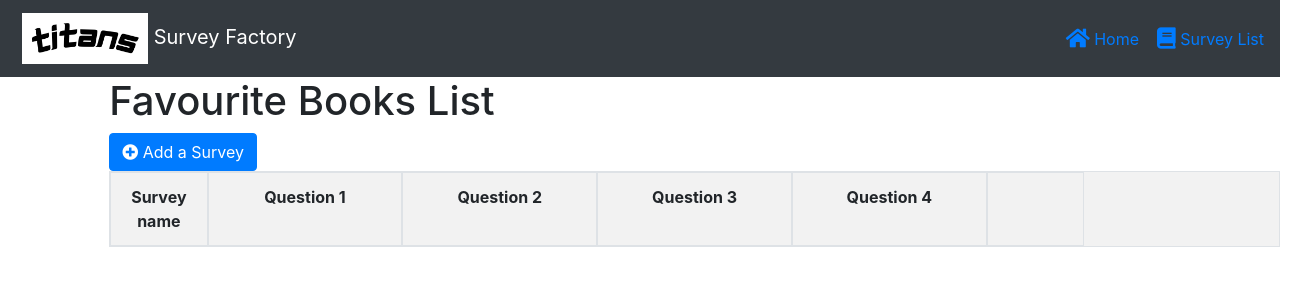
Repository: lord-NAVY/titans
Page: http://localhost/book-list
These files come from the project's save history. The page is drawn as it stood at one moment and after the next save; the edit follows.
The browser window is 1280 px wide. The page is 1295 px wide, then 1280 px, so the pictures cover 1295 px, including what lies to the right of the window. The pictures show the whole page.
The page is served by the project's Node server (server.js). Other server files are loaded and not shown. Queries for data that is not in the repository find no rows.

Above is the page before, as saved 2021-11-09 21:07:27.

### server/views/book/index.ejs
<%- include ../partials/header.ejs %>

<%- include ../partials/main_nav.ejs %>


  <!-- Main Content -->
  <main>
    <div class="row">
        <div class="offset-md-1 col-md-11">
            <h1>Favourite Books List</h1>

            <!-- FIX THE ADD BUTTON BELOW -->
            <a href="/book-list/add" class="btn btn-primary" role="button">
            <i class="fas fa-plus-circle"></i> Add a Survey</a>
            <br>
            <table class="table table-bordered table-striped table-hover">
                <!-- Header Row-->
                <tr class="d-flex">
                    <th class="text-center col-1">Survey name</th>
                    <th class="text-center col-2">Question 1</th>
                    <th class="text-center col-2">Question 2</th>
                    <th class="text-center col-2">Question 3</th>
                    <th class="text-center col-2">Question 4</th>
                    <th class="text-center col-1"></th>
                </tr>

                <!-- Repeatable Template Row -->

                <% for(let count = 0; count < BookList.length; count++) { %>
                    <tr class="d-flex">
                        <td class="text-center col-1"><%= BookList[count].Title%></td>
                        <td class="text-center col-2"><%= BookList[count].Description %></td>
                        <td class="text-center col-2"><%= BookList[count].Price%></td>
                        <td class="text-center col-2"><%= BookList[count].Author %></td>
                        <td class="text-center col-2"><%= BookList[count].Genre %></td>
                        <td class="text-center col-1">

                    <!-- ADD the EDIT BUTTON HERE -->


                            <a href="/book-list/edit/<%= BookList[count]._id %>" class="btn btn-primary btn-sm">
                            <i class="fas fa-pencil-alt"></i> Edit</a>
                        </td>
                        <td class="text-center col-1">

                         <!-- ADD the DELETE BUTTON HERE -->
                            <a href="/book-list/delete/<%= BookList[count]._id %>" class="btn btn-danger btn-sm">
                            <i class="fas fa-trash-alt"></i> Delete</a>
                        </td>
                    </tr>
                <% } %>
            </table>
        </div>
    </div>
  </main>

### server/views/partials/main_nav.ejs
<!-- Main Navigation -->
  <nav class="navbar navbar-expand-lg navbar-dark bg-dark">
      <a class="navbar-brand" href="/"><i class="fa fa-bookmark-o"></i> <img src="assets/images/logo.png" width="20%"> Survey Factory</a>
    <button class="navbar-toggler" type="button" data-toggle="collapse" data-target="#navbarSupportedContent" aria-controls="navbarSupportedContent" aria-expanded="false" aria-label="Toggle navigation">
      <span class="navbar-toggler-icon"></span>
    </button>

    <div class="collapse navbar-collapse" id="navbarSupportedContent">
      <ul class="navbar-nav ml-auto">

           <% if(title == "Home") { %>
          <li class="active"><a href="/"><i class="fa fa-home fa-lg"></i> Home   &nbsp; &nbsp; </a></li>
        <% } else { %>
          <li><a href="/"><i class="fa fa-home fa-lg"></i> Home &nbsp; &nbsp;   </a></li>
        <% } %>

          <% if(title == "books") { %>
          <li class="active"><a href="/books"><i class="fa fa-book fa-lg">
          </i>    Survey List</a></li>
          <% } else { %>
            <li><a href="/book-list"><i class="fa fa-book fa-lg">
            </i>   Survey List</a></li>
          <% } %>
</ul>
    </div>
  </nav>

### server.js
#!/usr/bin/env node

/* server.js
Students's name: Arshpreet Singh
StudentID: 301174738
Date: 31 October, 2021
*/

/**
 * Module dependencies.
 */

var app = require('./server/config/app');
var debug = require('debug')('week-4:server');
var http = require('http');

/**
 * Get port from environment and store in Express.
 */

var port = normalizePort(process.env.PORT || '3000');
app.set('port', port);

/**
 * Create HTTP server.
 */

var server = http.createServer(app);

/**
 * Listen on provided port, on all network interfaces.
 */

server.listen(port);
server.on('error', onError);
server.on('listening', onListening);

/**
 * Normalize a port into a number, string, or false.
 */

function normalizePort(val) {
  var port = parseInt(val, 10);

  if (isNaN(port)) {
    // named pipe
    return val;
  }

  if (port >= 0) {
    // port number
    return port;
  }

  return false;
}

/**
 * Event listener for HTTP server "error" event.
 */

function onError(error) {
  if (error.syscall !== 'listen') {
    throw error;
  }

  var bind = typeof port === 'string'
    ? 'Pipe ' + port
    : 'Port ' + port;

  // handle specific listen errors with friendly messages
  switch (error.code) {
    case 'EACCES':
      console.error(bind + ' requires elevated privileges');
      process.exit(1);
      break;
    case 'EADDRINUSE':
      console.error(bind + ' is already in use');
      process.exit(1);
      break;
    default:
      throw error;
  }
}

/**
 * Event listener for HTTP server "listening" event.
 */

function onListening() {
  var addr = server.address();
  var bind = typeof addr === 'string'
    ? 'pipe ' + addr
    : 'port ' + addr.port;
  debug('Listening on ' + bind);
}

### server/controllers/book.js
/* book.js
Students's name: Arshpreet Singh
StudentID: 301174738
Date: 31 October, 2021
Web app name: COMP229-F2021-MidTerm-301174738
*/

let express = require('express');
let router = express.Router();
let mongoose = require('mongoose');

// create a reference to the model
let Book = require('../models/book');

module.exports.displayBookList = (req, res, next) => {
    Book.find((err, bookList) => {
        if(err)
        {
            return console.error(err);
        }
        else
        {
            //console.log(BookList);

            res.render('book/index', {title: 'Books', BookList: bookList});
        }
    });
}

module.exports.displayAddPage = (req, res, next) => {
    res.render('book/details', {title: 'Add Book'})
}

module.exports.processAddPage = (req, res, next) => {
    let newBook = Book({
        "Title": req.body.Title,
        "Author": req.body.Author,
        "Genre": req.body.Genre,
        "Description": req.body.Description,
        "Price": req.body.Price
    });

    Book.create(newBook, (err, Book) =>{
        if(err)
        {
            console.log(err);
            res.end(err);
        }
        else
        {
            // refresh the book list
            res.redirect('/book-list');
        }
    });

}

module.exports.displayEditPage = (req, res, next) => {
    let id = req.params.id;

    Book.findById(id, (err, bookToEdit) => {
        if(err)
        {
            console.log(err);
            res.end(err);
        }
        else
        {
            //show the edit view
            res.render('book/edit', {title: 'Edit Book', book: bookToEdit})
        }
    });
}

module.exports.processEditPage = (req, res, next) => {
    let id = req.params.id

    let updatedBook = Book({
        "_id": id,
        "Title": req.body.Title,
        "Author": req.body.Author,
        "Genre": req.body.Genre,
        "Description": req.body.Description,
        "Price": req.body.Price
    });

    Book.updateOne({_id: id}, updatedBook, (err) => {
        if(err)
        {
            console.log(err);
            res.end(err);
        }
        else
        {
            // refresh the book list
            res.redirect('/book-list');
        }
    });
}

module.exports.performDelete = (req, res, next) => {
    let id = req.params.id;

    Book.remove({_id: id}, (err) => {
        if(err)
        {
            console.log(err);
            res.end(err);
        }
        else
        {
             // refresh the book list
             res.redirect('/book-list');
        }
    });
}

### public/Content/app.css
/* app.css
Students's name: Arshpreet Singh
StudentID: 301174738
Date: 31 October, 2021
Web app name: COMP229-F2021-MidTerm-301174738
*/

/* custom css goes here */

Loaded but not shown: server/views/partials/header.ejs (common file)

After the next save:
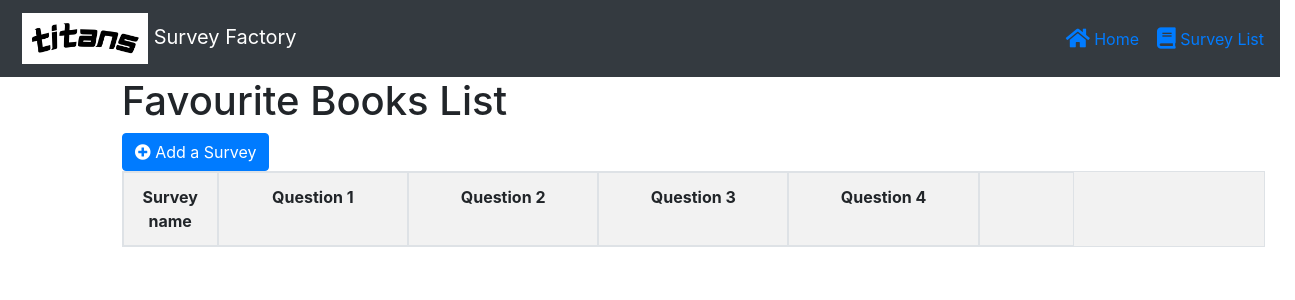
Saved 79 s later.
--- a/server/views/book/index.ejs
+++ b/server/views/book/index.ejs
@@ -4,7 +4,7 @@
 
 
   <!-- Main Content -->
-  <main>
+  <main class="container-fluid">
     <div class="row">
         <div class="offset-md-1 col-md-11">
             <h1>Favourite Books List</h1>
